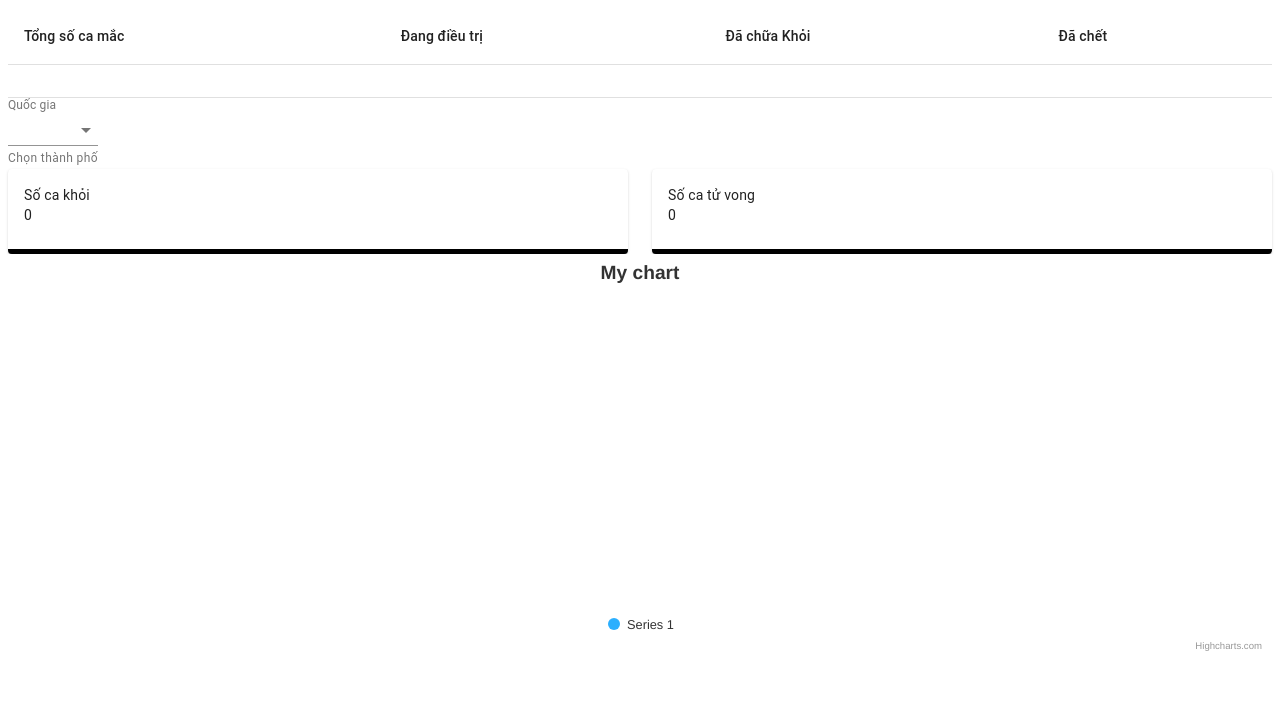
Repository: hdongqt/covidin
Page: /
These files come from the project's save history. The page is drawn as it stood at one moment and after the next save; the edit follows.
The browser window is 1280 px wide. The page is 1284 px wide, so the pictures cover 1284 px, including what lies to the right of the window. The pictures show the whole page.
The page's requests for data from a server got no answer. The project was rebuilt for these pictures with package versions that can differ from the ones it lists, and the page was loaded fresh each time. No one was signed in, and anything a server would have sent is missing. Also part of the build but not shown: src/App.css.

Above is the page before, as saved 2021-08-02 10:22:40.

After the next save:
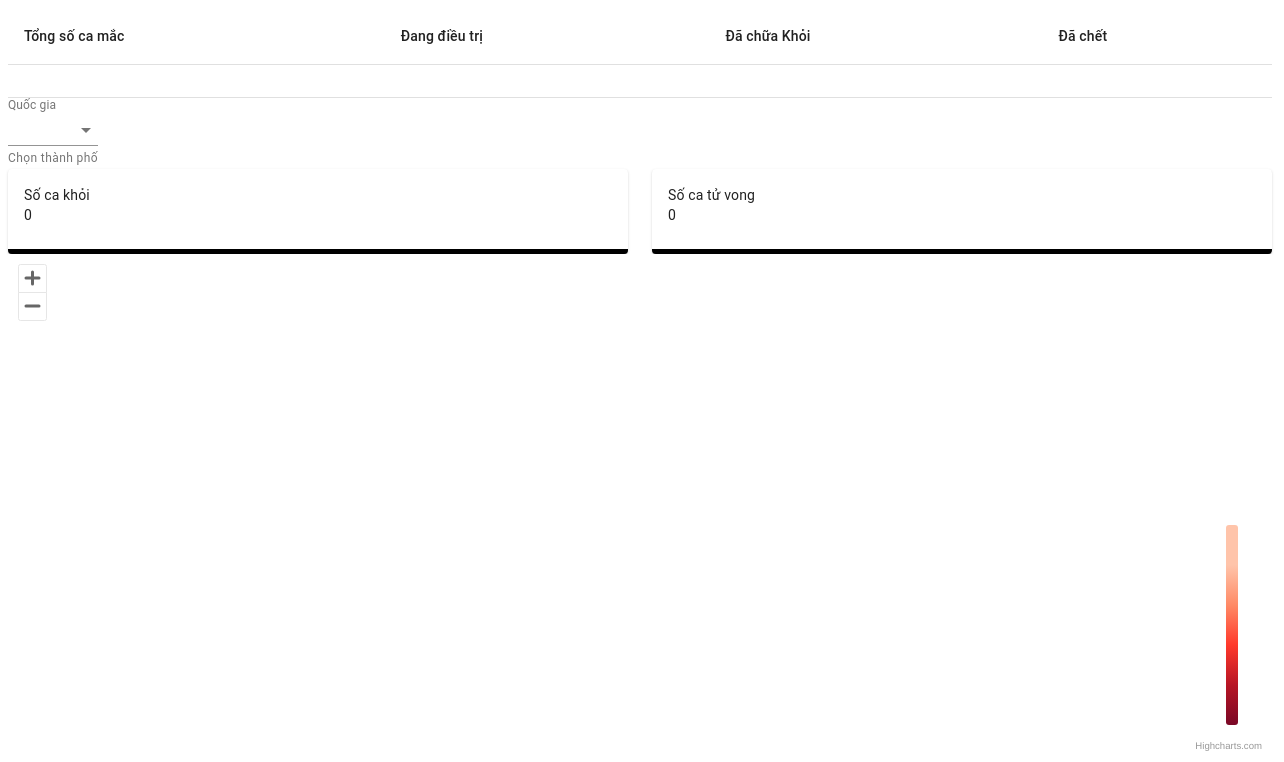
Saved 5 min 17 s later.
--- a/src/components/HighMaps/index.js
+++ b/src/components/HighMaps/index.js
@@ -6,20 +6,43 @@ import HighchartsReact from 'highcharts-react-official'
 import highchartsMap from 'highcharts/modules/map';
 
 highchartsMap(Highcharts);
-const options = {
+const initOptions = {
+  chart: {
+    height: '500',
+  },
   title: {
-    text: 'My chart'
+    text: null,
   },
-  series: [{
-    data: [1, 2, 3]
-  }]
-}
-
+  mapNavigation: {
+    enabled: true,
+  },
+  colorAxis: {
+    min: 0,
+    stops: [
+      [0.2, '#FFC4AA'],
+      [0.4, '#FF8A66'],
+      [0.6, '#FF392B'],
+      [0.8, '#B71525'],
+      [1, '	#7A0826'],
+    ],
+  },
+  legend: {
+    layout: 'vertical',
+    align: 'right',
+    verticalAlign: 'bottom',
+  },
+  series: [
+    {
+      name: 'Dân số',
+      joinBy: ['hc-key', 'key'],
+    },
+  ],
+};
 export default function HighMaps() {
   return (
     <HighchartsReact
     highcharts={Highcharts}
-    options={options}
+    options={initOptions}
     constructorType={'mapChart'}
   />
   )
